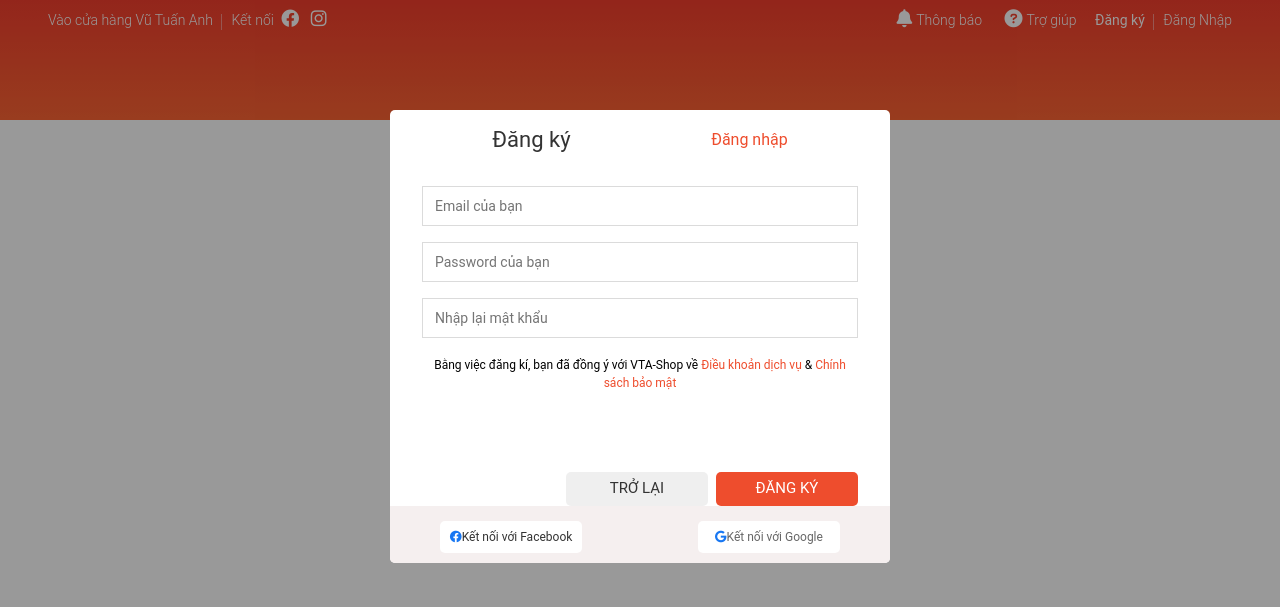
Repository: VuTuanAnh0949/Shopee
Page: index.html
These files come from the project's save history. The page is drawn as it stood at one moment and after the next save; the edit follows.
The browser window is 1280 px wide. The pictures show the whole page.

Above is the page before, as saved 2022-02-16 14:04:57.

After the next save:
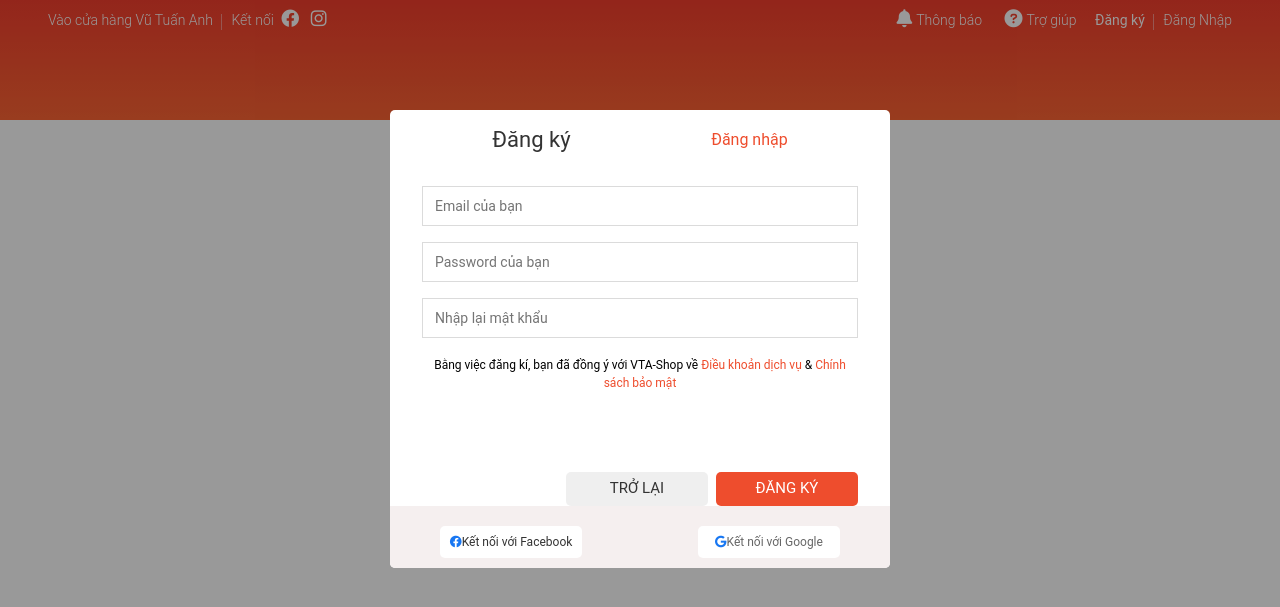
Saved 5 s later.
--- a/assets/css/main.css
+++ b/assets/css/main.css
@@ -291,7 +291,7 @@ border-color: #777;
   background-color:#f5efef  ;
   display: flex;
   justify-content: space-between;
-  padding-top: 5px;
+  padding-top: 10px;
 }
 /* .auth-form__socials--facebook, */
 .auth-form__socials-icon{
